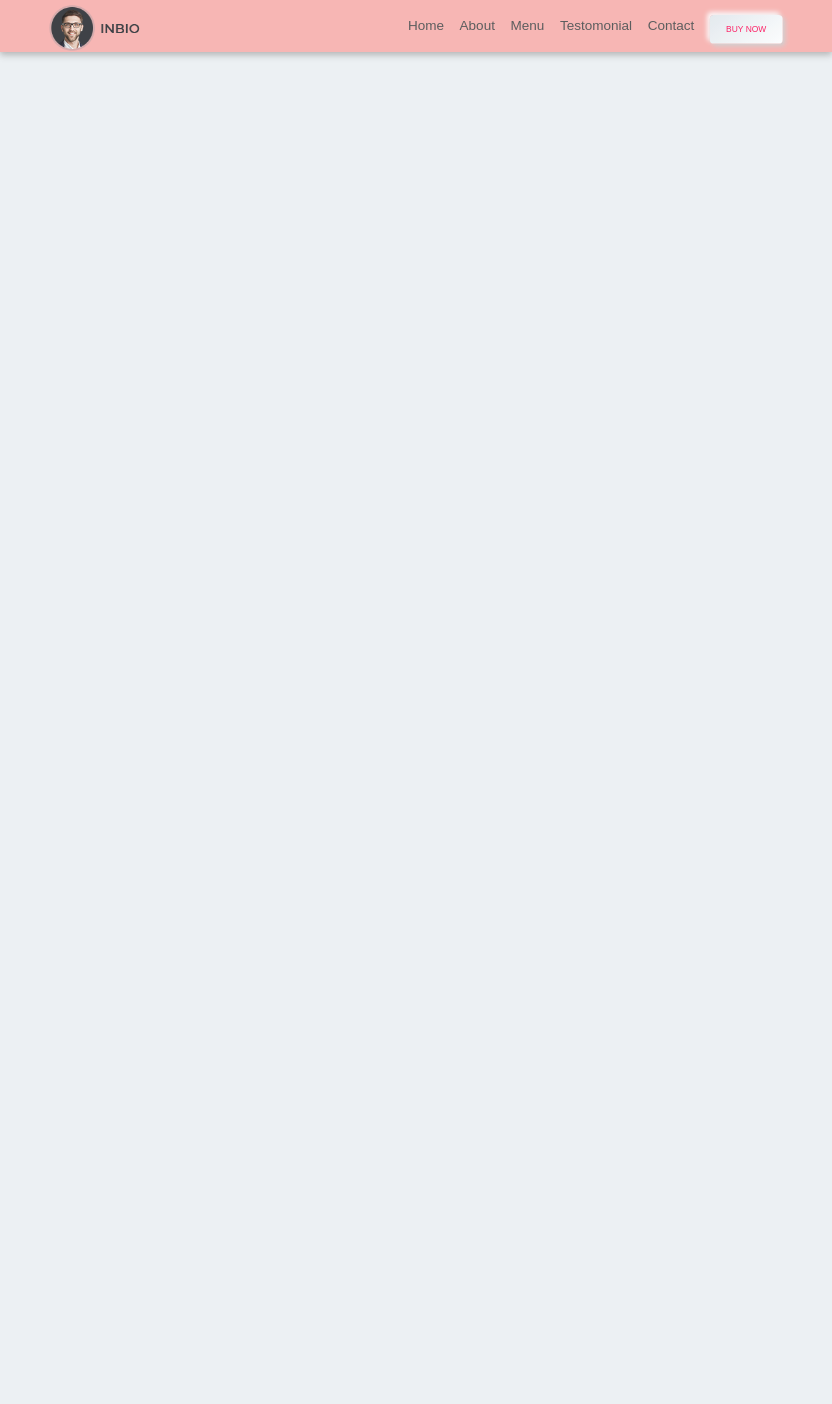
Repository: Sanjayjangra88/PortFolio
Page: /
An editor plug-in stored every save of this project. The page is shown before and after the next save, followed by the edit.
The browser window is 1280 px wide. The pictures show the whole page, at 65% of full size.
Some web libraries are served in a nearby version. The project was rebuilt for these pictures with package versions that can differ from the ones it lists, and the page was loaded fresh each time. Imported but missing from the stored project, and not drawn on this page: src/Components/Header/Navbar.

Above is the page before, as saved 2022-09-10 17:49:55.

After the next save:
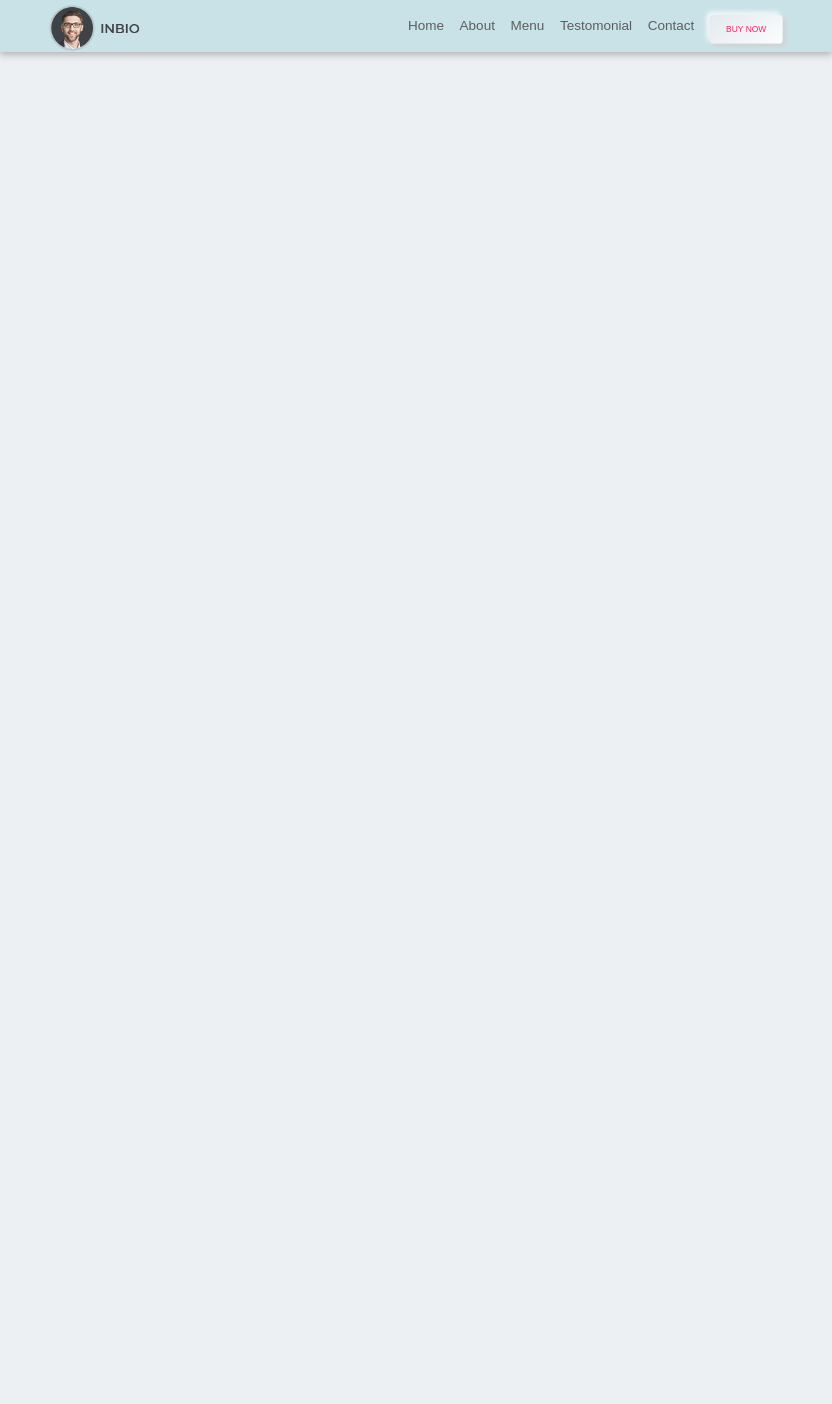
Saved 46 s later.
--- a/src/Components/Header/header.css
+++ b/src/Components/Header/header.css
@@ -26,7 +26,7 @@
     box-shadow: 0px 5px 10px 0px #aaa;
     position: fixed;
     width: 100%;
-    background: #faaca8;
+    background: #c4e0e5;
     color: #000;
     opacity: 0.85;
     z-index: 100;
